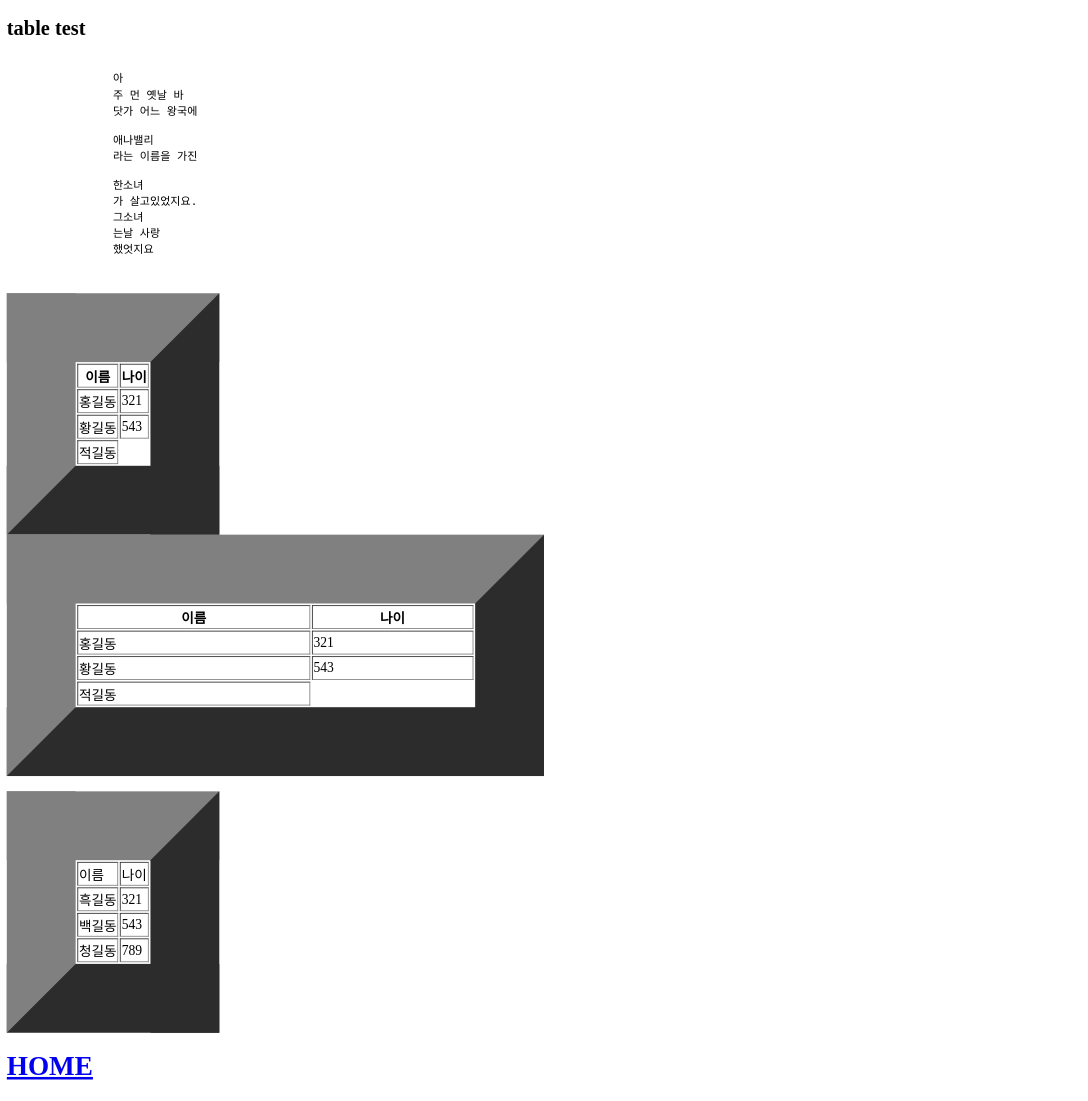
Repository: ssleap/multicampusIoT
Page: workspace190520/edu1/WebContent/table.html
These files come from the project's save history. The page is drawn as it stood at one moment and after the next save; the edit follows.
The browser window is 1280 px wide. The pictures show the whole page, at 85% of full size.

Above is the page before, as saved 2019-05-20 06:49:48.

After the next save:
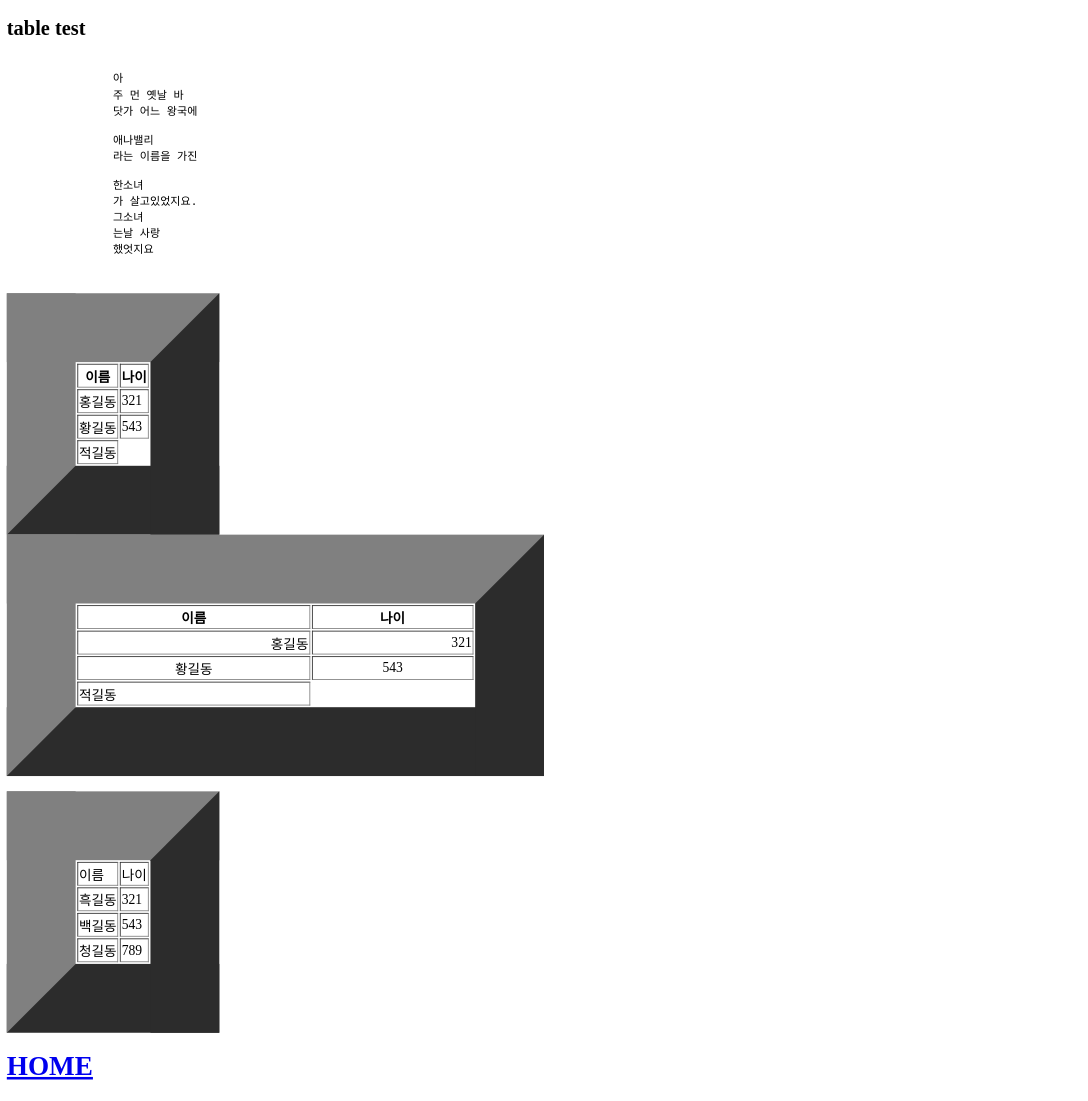
Saved 2 min 16 s later.
--- a/workspace190520/edu1/WebContent/table.html
+++ b/workspace190520/edu1/WebContent/table.html
@@ -42,8 +42,8 @@
 		<tr><th>이름</th><th>나이</th></tr>
 		</thead>
 		<tbody>
-		<tr><td>홍길동</td><td>321</td></tr>
-		<tr><td>황길동</td><td>543</td></tr>
+		<tr align = "right"><td>홍길동</td><td>321</td></tr>
+		<tr align = "center"><td>황길동</td><td>543</td></tr>
 		<tr><td>적길동</td></tr>
 		</tbody>
 	</table>
